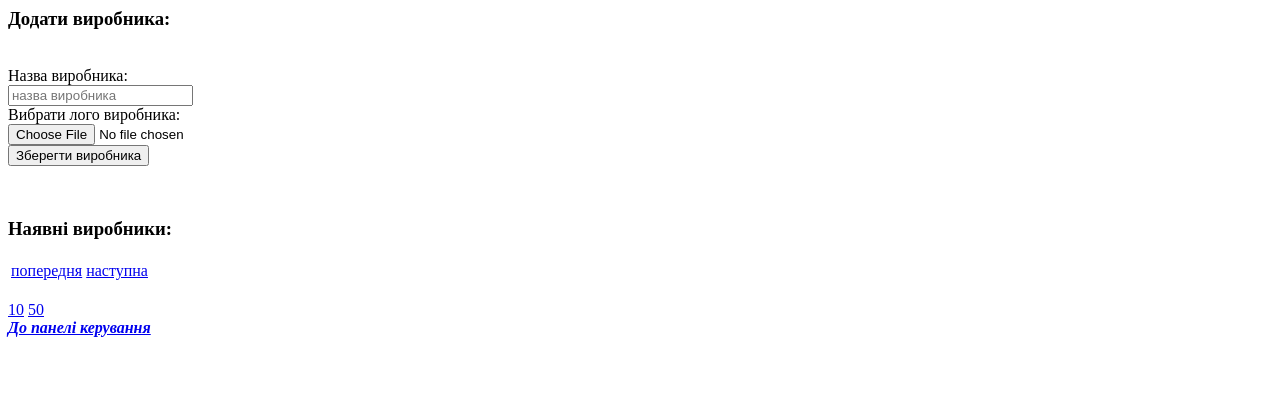
Repository: Zed180881/Zed_repo
Page: http://localhost/eShop/WEB-INF/views/adminPanel/adminProducer.jsp
The author's editor kept a copy of each file at every save. The page is drawn from the files as they stood at one save, then again after the next save.
The browser window is 1280 px wide. The pictures show the whole page.
The page is served by Tomcat 9. Nobody is signed in. Other server files are loaded and not shown. The template is opened directly, without the code that normally fills it, so the values that code supplies are empty.

Above is the page before, as saved 2016-08-24 10:54:31.

### JavaProj/eShop/src/main/webapp/WEB-INF/views/adminPanel/adminProducer.jsp
<%@ page language="java" contentType="text/html; charset=UTF-8"	pageEncoding="UTF-8"%>
<%@ taglib prefix="c" uri="http://java.sun.com/jsp/jstl/core"%>
<%@ taglib uri="http://www.springframework.org/tags/form" prefix="form"%>

<title>Керування виробниками</title>

	<h3>Додати виробника:</h3>
	<form:form action="/admin/producer" method="post" modelAttribute="producer" enctype="multipart/form-data">
		<form:errors path="producerName"/><br>
		<form:input path="id" type="hidden"/>
		<label for="producerName">Назва виробника:</label><br>
		<form:input type="text" path="producerName" id="producerName" placeholder="назва виробника" required="true"/><br>
		<label for="file">Вибрати лого виробника:</label><br>
		<input type="file" name="file" id="file"><br>
		<input type="submit" value="Зберегти виробника">
	</form:form><br>
	<c:if test="${filter ne null}">
	<form:form action="/admin/producer" method="get"
		modelAttribute="filter">
		<table>
			<tr><td><form:input path="producerName"/></td></tr>
			<tr><td><input type="submit" value="Фільтрувати"></td></tr>
		</table>
	</form:form>
	</c:if>
	<h3>Наявні виробники:</h3>
	<table>
		<c:forEach items="${producers.content}" var="producer">
		<tr>
			<td>${producer.producerName}</td>
			<td><a href="/admin/producer/delete/${producer.id}">&nbsp;&nbsp;видалити</a></td>
			<td><a href="/admin/producer/update/${producer.id}">&nbsp;&nbsp;редагувати</a></td>
		</tr>
		</c:forEach>
		<tr>
			<td><c:if test="${producers.number ne 0}">
				<a href="/admin/producer?page=${producers.number}&size=${producers.size}">попередня</a>
			</c:if></td>
			<td><c:if test="${producers.number ne producers.totalPages-1}">
				<a href="/admin/producer?page=${producers.number+2}&size=${producers.size}">наступна</a>
			</c:if></td>
		</tr>
	</table><br>
	<a href="/admin/producer?page=1&size=10">10</a>
	<a href="/admin/producer?page=1&size=50">50</a><br>
	<a href="/admin"><b><i>До панелі керування</i></b></a>

After the next save:
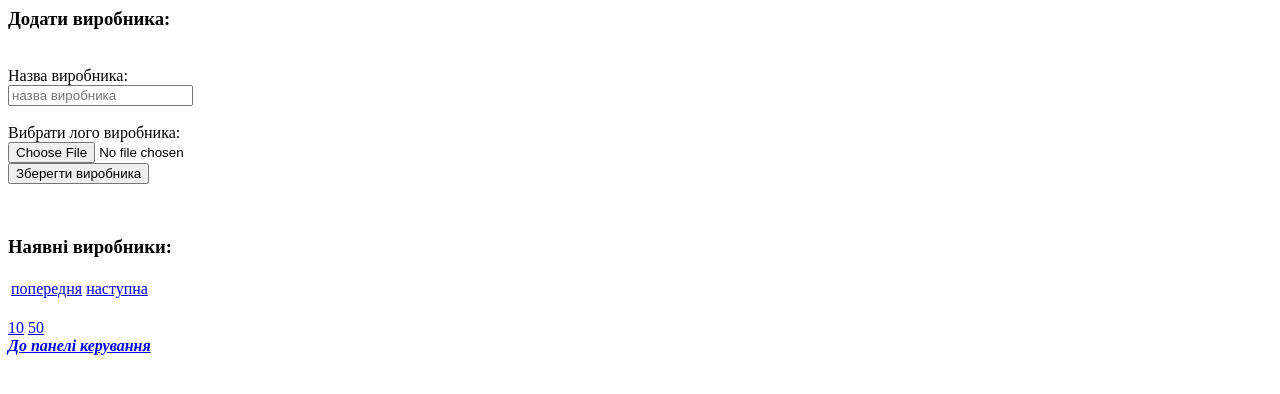
Saved 11 min 9 s later.
--- a/JavaProj/eShop/src/main/webapp/WEB-INF/views/adminPanel/adminProducer.jsp
+++ b/JavaProj/eShop/src/main/webapp/WEB-INF/views/adminPanel/adminProducer.jsp
@@ -9,7 +9,7 @@
 		<form:errors path="producerName"/><br>
 		<form:input path="id" type="hidden"/>
 		<label for="producerName">Назва виробника:</label><br>
-		<form:input type="text" path="producerName" id="producerName" placeholder="назва виробника" required="true"/><br>
+		<form:input type="text" path="producerName" id="producerName" placeholder="назва виробника" required="true"/><br><br>
 		<label for="file">Вибрати лого виробника:</label><br>
 		<input type="file" name="file" id="file"><br>
 		<input type="submit" value="Зберегти виробника">
